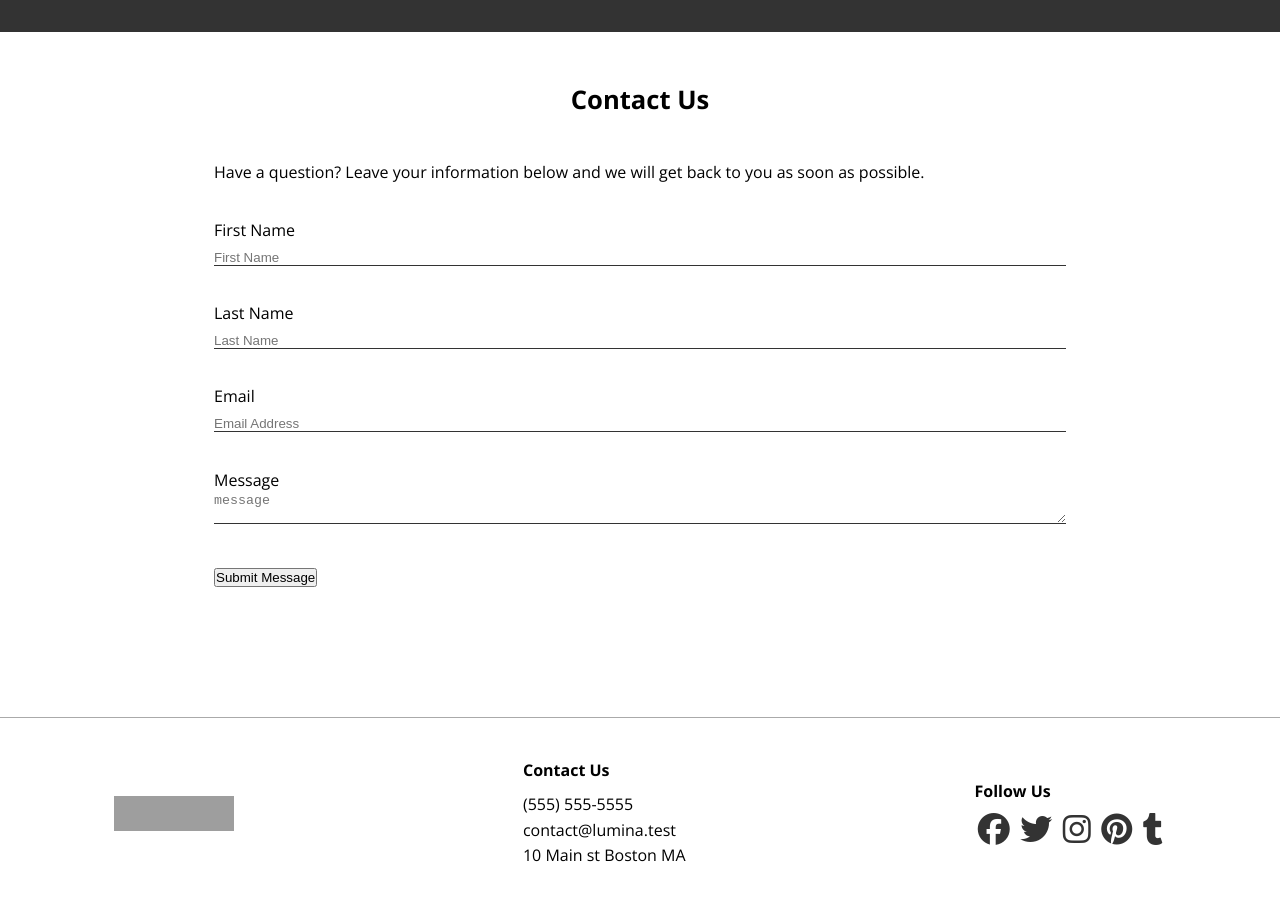
Repository: AchrafAzzaoui/lumina-creative-html-css-project
Page: lumina-creative/contact.html
An editor plug-in stored every save of this project. The page is shown before and after the next save, followed by the edit.
The browser window is 1280 px wide. The pictures show the part of the page from y = 614 to 1566 px (the page is 1523 px tall before and 1660 px after).
Pictures or frames that could not be fetched are drawn as grey boxes. A picture or video elsewhere on the page could not be fetched, so the positions and the page height are approximate. Some web libraries are served in a nearby version.

Above is the page before, as saved 2024-08-22 22:22:59.

### lumina-creative/contact.html
<!DOCTYPE html>
<html lang="en">
  <head>
    <meta charset="UTF-8" />
    <meta name="viewport" content="width=device-width, initial-scale=1.0" />
    <title>Document</title>
  </head>
  <body>
    <!DOCTYPE html>
    <html lang="en">
      <head>
        <meta charset="UTF-8" />
        <meta name="viewport" content="width=device-width, initial-scale=1.0" />
        <title>Contact Lumina Creative</title>
        <link rel="preconnect" href="https://fonts.googleapis.com" />
        <link rel="preconnect" href="https://fonts.gstatic.com" crossorigin />
        <link
          rel="stylesheet"
          href="https://cdnjs.cloudflare.com/ajax/libs/font-awesome/6.6.0/css/all.min.css"
          integrity="sha512-Kc323vGBEqzTmouAECnVceyQqyqdsSiqLQISBL29aUW4U/M7pSPA/gEUZQqv1cwx4OnYxTxve5UMg5GT6L4JJg=="
          crossorigin="anonymous"
          referrerpolicy="no-referrer"
        />
        <link
          href="https://fonts.googleapis.com/css2?family=Open+Sans:ital,wght@0,300..800;1,300..800&display=swap"
          rel="stylesheet"
        />
        <link rel="stylesheet" href="css/styles.css" />
        <link rel="icon" href="images/favicon.ico" />
      </head>
      <body>
        <header class="header">
          <div class="container container-sm header-flex">
            <img src="images/logo.png" alt="Lumina Creative" class="logo" />
            <nav>
              <ul class="main-menu">
                <li><a href="index.html">Home</a></li>
                <li><a href="about.html">About</a></li>
                <li><a class="current" href="contact.html">Contact</a></li>
              </ul>
            </nav>
          </div>
        </header>

        <section class="hero bg-dark">
          <div class="container container-sm">
            <h2>
              <span class="bg-primary">Enthusiastic</span> thinkers, creating
              unique endeavors powered by
              <span class="bg-primary">creativity</span>
            </h2>
          </div>
        </section>

        <section class="contact">
          <div class="container container-sm">
            <h2 class="section-heading">Contact Us</h2>
            <p>
              Have a question? Leave your information below and we will get back
              to you as soon as possible.
            </p>
            <form>
              <div class="form-group">
                <label for="first-name" class="visually-hidden"
                  >First Name</label
                >
                <input
                  id="first-name"
                  name="first-name"
                  type="text"
                  placeholder="First Name"
                />
              </div>
              <div class="form-group">
                <label for="last-name" class="visually-hidden">Last Name</label>
                <input
                  id="last-name"
                  name="last-name"
                  type="text"
                  placeholder="Last Name"
                />
              </div>
              <div class="form-group">
                <label for="email" class="visually-hidden">Email</label>
                <input
                  id="email"
                  name="email"
                  type="email"
                  placeholder="Email Address"
                />
              </div>
              <div class="form-group">
                <label for="message" class="visually-hidden">Message</label>
                <textarea
                  type="text"
                  id="message"
                  name="message"
                  placeholder="message"
                ></textarea>
              </div>
              <div class="form-group">
                <button type="submit" class="btn">Submit Message</button>
              </div>
            </form>
          </div>
        </section>

        <footer class="footer">
          <div class="container footer-flex">
            <img src="images/logo.png" alt="Lumina Creative" />
            <div>
              <h4>Contact Us</h4>
              <ul>
                <li>(555) 555-5555</li>
                <li>contact@lumina.test</li>
                <li>10 Main st Boston MA</li>
              </ul>
            </div>
            <div>
              <h4>Follow Us</h4>
              <a href="#"><i class="fab fa-facebook fa-2x"></i></a>
              <a href="#"><i class="fab fa-twitter fa-2x"></i></a>
              <a href="#"><i class="fab fa-instagram fa-2x"></i></a>
              <a href="#"><i class="fab fa-pinterest fa-2x"></i></a>
              <a href="#"><i class="fab fa-tumblr fa-2x"></i></a>
            </div>
          </div>
        </footer>
      </body>
    </html>
  </body>
</html>

### lumina-creative/css/styles.css
* {
  margin: 0;
  padding: 0;
  box-sizing: border-box;
}

:root {
  --primary-color: #fcf5e9;
  --container-normal: 1100px;
  --container-wide: 1400px;
  --container-narrow: 900px;
  --dark-color: #333;
}

body {
  font-family: "Open Sans", sans-serif;
  line-height: 1.6;
}
a {
  text-decoration: none;
  color: #333;
}
ul {
  list-style: none;
}
img {
  max-width: 100%;
}
/* utility classes */

.bg-primary {
  background-color: var(--primary-color);
  color: #333;
}

.bg-dark {
  background: var(--dark-color);
  color: white;
}

.section-heading {
  font-size: 1.6rem;
  text-align: center;
  margin-bottom: 40px;
}

.bg-dark .bg-primary {
  padding: 0 0.3rem;
}
/* Container */

.container {
  max-width: var(--container-normal);
  margin: 0 auto;
  padding: 0 1.5rem;
}

.container-lg {
  max-width: var(--container-wide);
}

.container-sm {
  max-width: var(--container-narrow);
}

/* Header */
.header {
  margin: 1.5rem auto;
}
.header .logo {
  width: 130px;
}

.header .header-flex {
  display: flex;
  justify-content: space-between;
  align-items: center;
}

.header .main-menu {
  display: flex;
  gap: 1rem;
}

.header .main-menu a {
  padding: 0.5rem 1rem;
}

.header .main-menu a:hover {
  background-color: var(--primary-color);
}

.current {
  background-color: var(--primary-color);
  font-weight: 600;
}

/* Hero */
.hero {
  height: 500px;
  display: flex;
  flex-direction: column;
  justify-content: center;
  align-items: center;
  text-align: center;
}

.hero h2 {
  font-size: 3rem;
  line-height: 1.4;
  font-weight: normal;
}
/* Photo gallery */
.gallery-flex {
  display: flex;
  justify-content: center;
  flex-wrap: wrap;
  gap: 20px;
}
.gallery-item {
  width: calc(33.333% - 20px);
  border-radius: 10px;
}
.gallery-item img {
  border-radius: 10px;
}

.gallery-item:hover {
  opacity: 0.9;
}

/* footer styles */
.footer {
  border-top: 1px solid #aaa;
  padding: 2.5rem 1.5rem;
  margin-top: 2rem;
}

.footer-flex {
  display: flex;
  justify-content: space-between;
  align-items: center;
}

.footer img {
  width: 120px;
  height: 35px;
}

.footer h4 {
  font-size: 1rem;
  margin-bottom: 0.5rem;
}
.footer a {
  margin: 0.2rem;
}

/* Services */
.services {
  padding: 3rem 0 4rem;
}
.services-flex {
  display: flex;
  gap: 2rem;
}
.service-item h4 {
  font-size: 1.5rem;
}
/* Team */
.team {
  padding: 3rem 0px 4rem;
}

.team-flex {
  display: flex;
  gap: 1.4rem;
}

.team img {
  border-radius: 10px;
}

/* Contact */
.contact {
  padding: 3rem 0px 4rem;
}
.contact p {
  text-align: 0;
  margin-bottom: 2rem;
}
.form-group {
  margin: 2rem 0;
}

.contact input,
.contact textarea {
  border: none;
  border-bottom: 1px #333 solid;
  width: 100%;
}

/* Media Queries */

@media (max-width: 768px) {
  .header .header-flex,
  .footer .footer-flex,
  .services-flex,
  .team-flex {
    flex-direction: column;
    gap: 1.5rem;
  }
  .hero {
    height: 300px;
  }

  .hero h2 {
    font-size: 1.8rem;
  }

  .gallery-item {
    width: calc(50% - 20px);
  }
  .footer .footer-flex {
    text-align: center;
  }
}

After the next save:
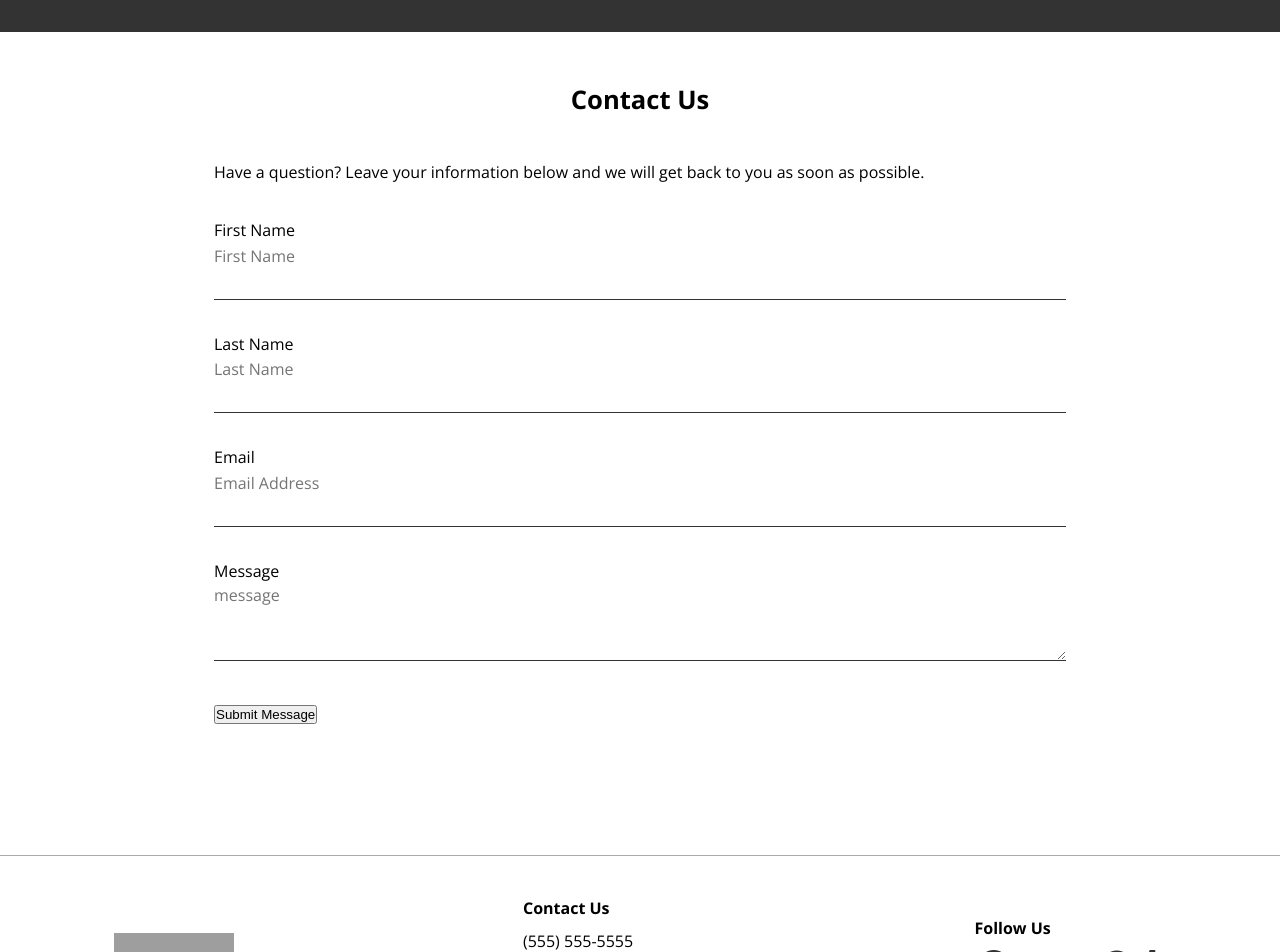
Saved 22 s later.
--- a/lumina-creative/css/styles.css
+++ b/lumina-creative/css/styles.css
@@ -197,6 +197,9 @@ img {
   border: none;
   border-bottom: 1px #333 solid;
   width: 100%;
+  font-family: inherit;
+  font-size: inherit;
+  padding-bottom: 2rem;
 }
 
 /* Media Queries */
